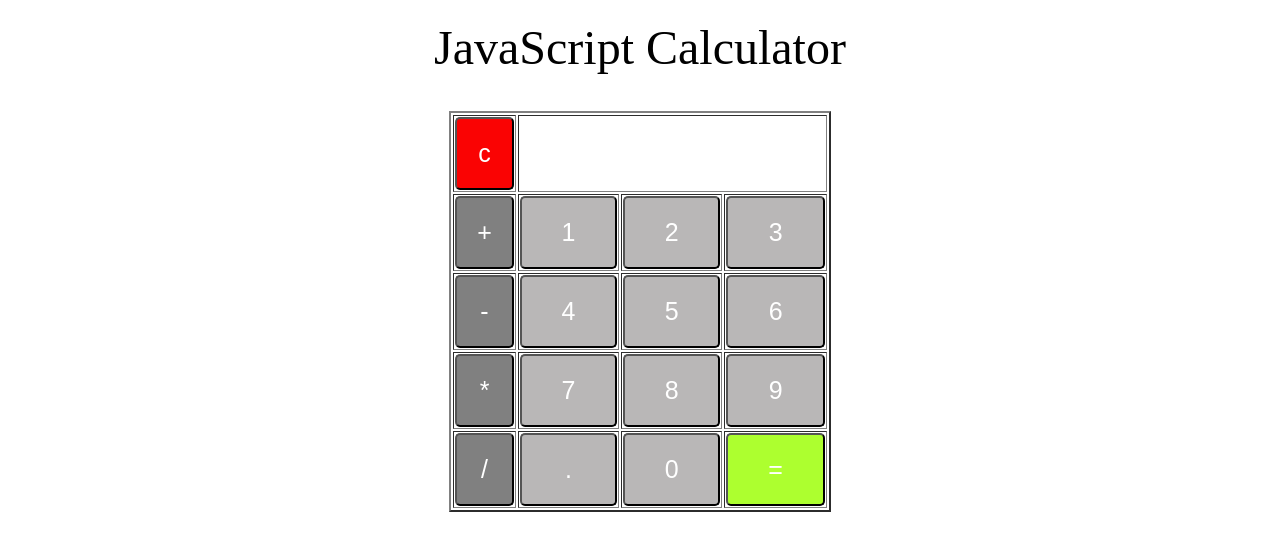
Repository: spidero7/Simple-Calculator
Page: index.html
These files come from the project's save history. The page is drawn as it stood at one moment and after a run of saves; the edit follows.
The browser window is 1280 px wide. The pictures show the whole page.

Above is the page before, as saved 2021-09-15 08:39:44.

After the next 3 saves:
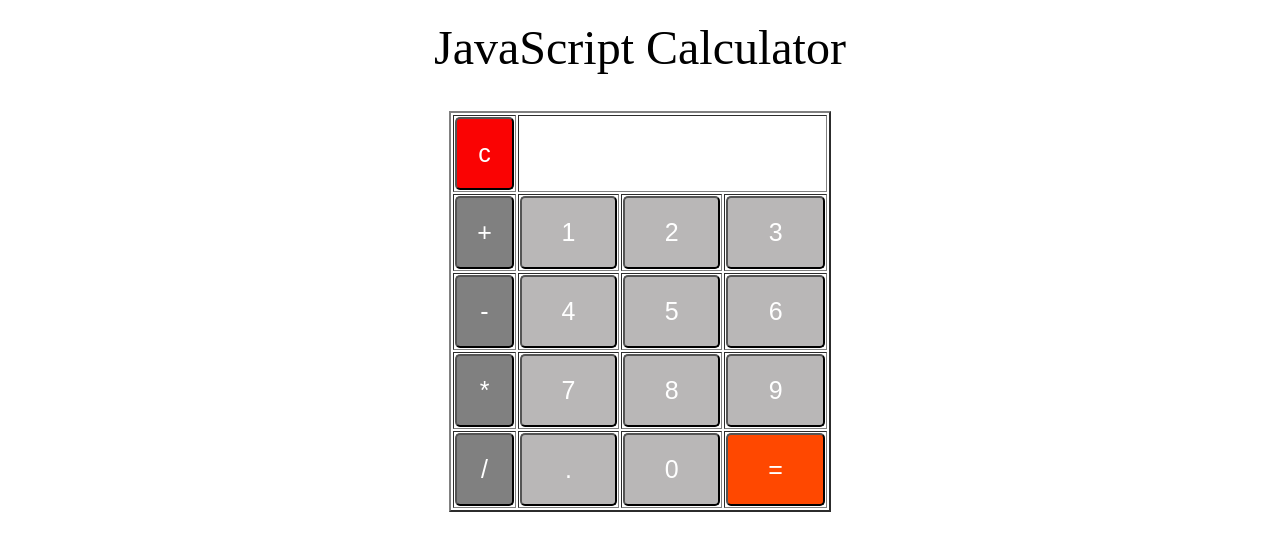
The 3 saves are shown as one change because they came seconds apart.
The last was saved 14 s later.
--- a/style.css
+++ b/style.css
@@ -57,5 +57,5 @@ input[value="c"] {
 }
 
 .equals {
-    background-color: greenyellow;
+    background-color: rgb(255, 72, 0);
 }
